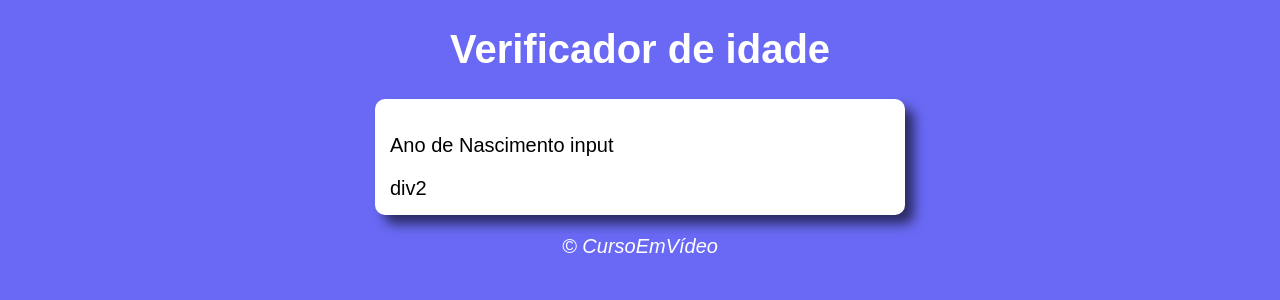
Repository: BrunoCesarAngst/ulbra
Page: 2019-2/javascript/cursoEmVideo/aula12ex/ex015_verificDeIdade/verificDeIdade.html
An editor plug-in stored every save of this project. The page is shown before and after a run of saves, followed by the edit.
The browser window is 1280 px wide. The pictures show the whole page.

Above is the page before, as saved 2019-07-15 11:32:07.

After the next 3 saves:
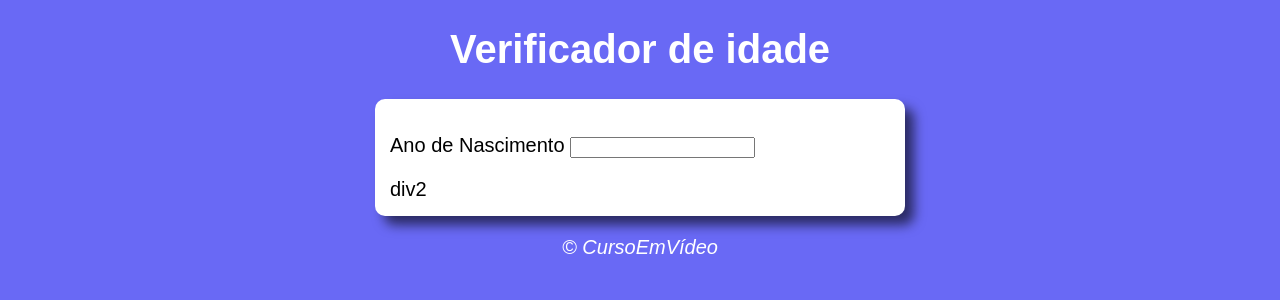
The 3 saves are shown as one change because they came seconds apart.
The last was saved 23 s later.
--- a/2019-2/javascript/cursoEmVideo/aula12ex/ex015_verificDeIdade/verificDeIdade.html
+++ b/2019-2/javascript/cursoEmVideo/aula12ex/ex015_verificDeIdade/verificDeIdade.html
@@ -14,7 +14,7 @@
     <section>
         <div>
             <p>Ano de Nascimento
-                input
+                <input type="number" name="" id="">
             </p>
         </div>
         <div id="res">
